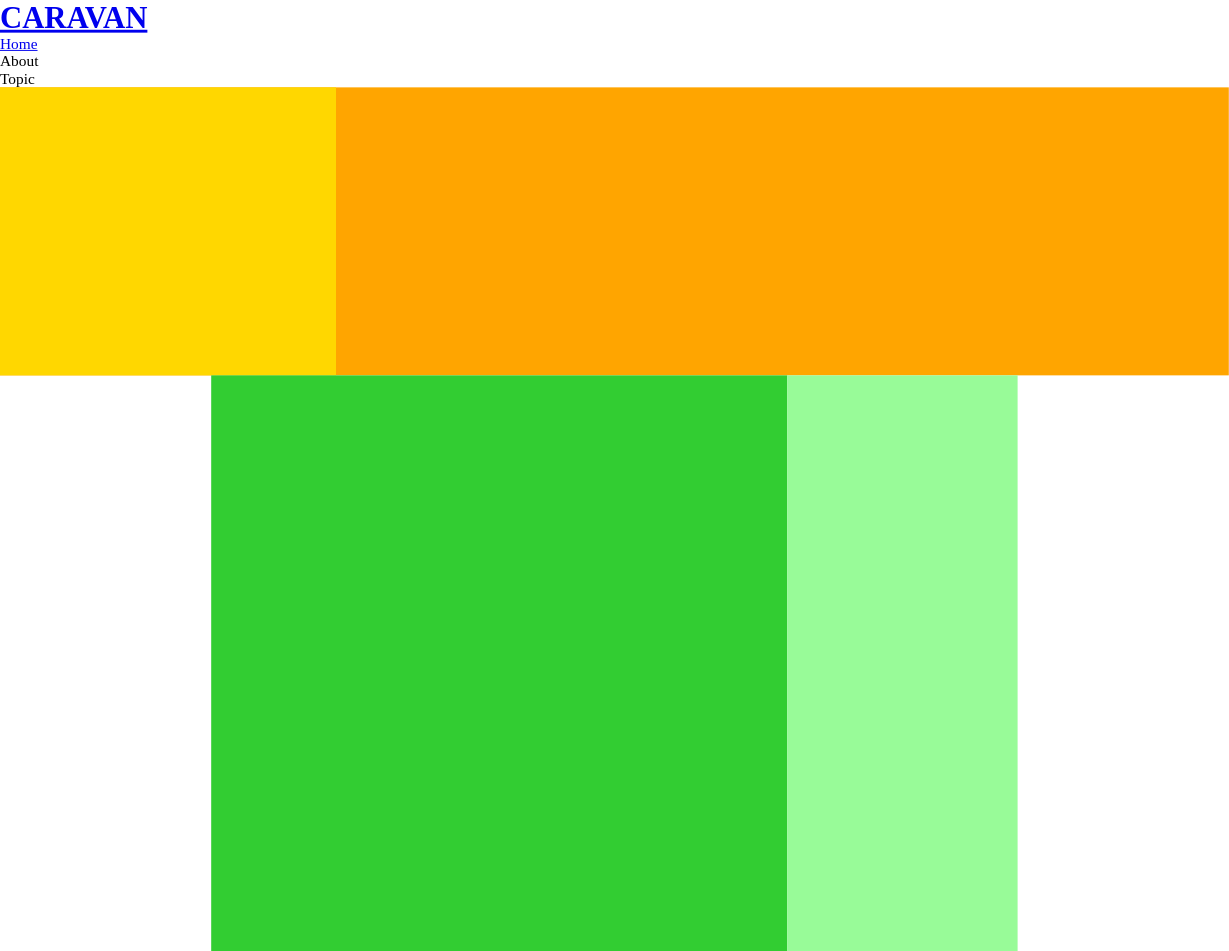
Repository: Hirotaka-DWC/dmm_webcamp_task_1
Page: caravan/index.html
The author's editor kept a record of every edit. The page is drawn from the files as they stood at one moment, then again after the next edit.
The browser window is 1280 px wide. The pictures show the whole page, at 96% of full size.

Above is the page before.

After the next edit:
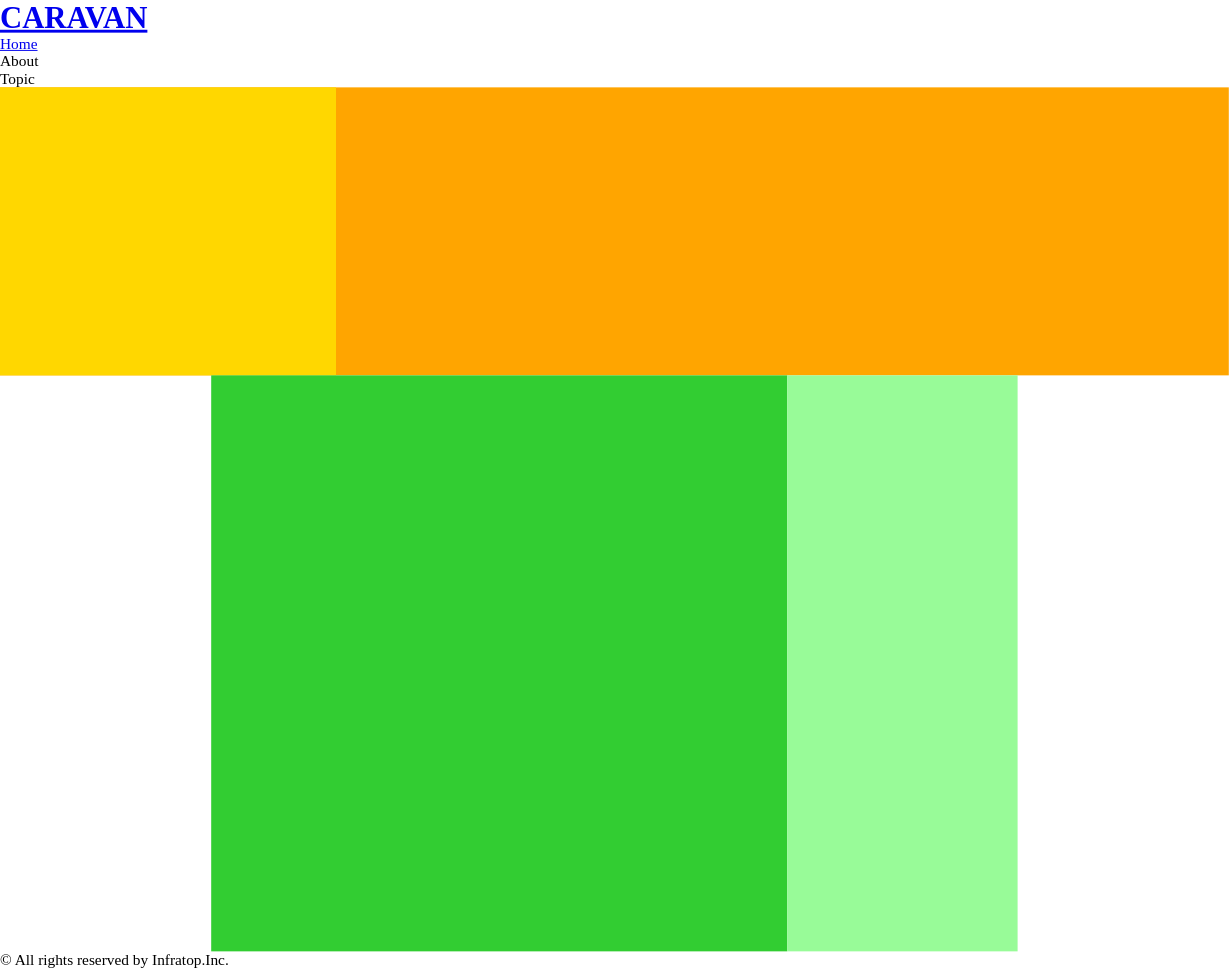
The edit:
--- a/caravan/index.html
+++ b/caravan/index.html
@@ -33,6 +33,8 @@
        <div class="blog"></div>
       <div class="sidebar"></div>
     </div>
-    <footer></footer>
+    <footer>
+      <p class="footer-text">© All rights reserved by Infratop.Inc.</p>
+    </footer>
   </body>
 </html>
